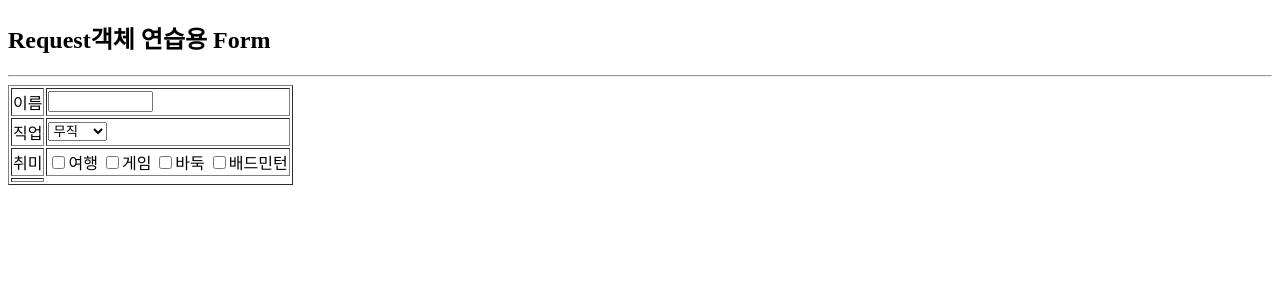
Repository: p2terkim/servletWork
Page: http://localhost/servletTest/basic/02/requestTest01.jsp
These files come from the project's save history. The page is drawn as it stood at one moment and after the next save; the edit follows.
The browser window is 1280 px wide. The pictures show the whole page.
The page is served by Tomcat 9.

Above is the page before, as saved 2021-05-14 06:36:33.

After the next save:
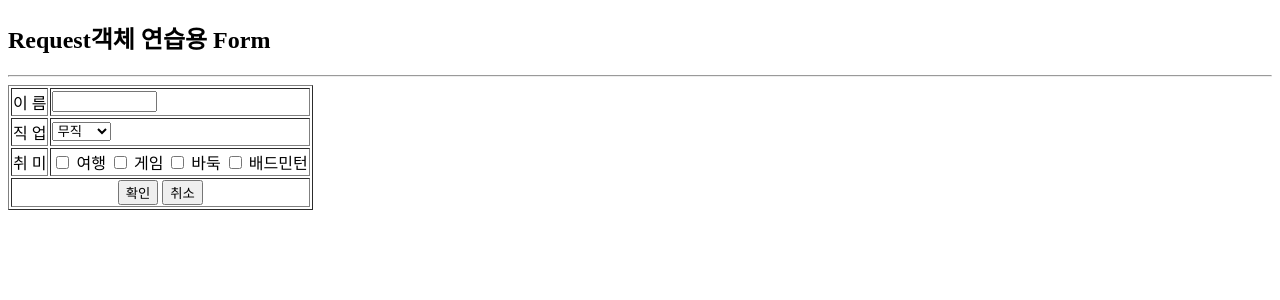
Saved 1 s later.
--- a/servletTest/WebContent/basic/02/requestTest01.jsp
+++ b/servletTest/WebContent/basic/02/requestTest01.jsp
@@ -4,46 +4,50 @@
 <html>
 <head>
 <meta charset="UTF-8">
-<title>Request연습용 Form</title>
+<title>Insert title here</title>
 </head>
 <body>
-   <h2>Request객체 연습용 Form</h2>
-   <hr>
-   <form name="textForm" method="post" action="/servletTest/requestTest01">
-   <table border="1">
+<h2> Request객체 연습용 Form </h2>
+<hr>
+
+<form name = "textForm" method = "get" action = "/servletTest/requestTest01.do">
+   <table border = "1">
+
       <tr>
-         <td>이름</td>
-         <td><input type="text" size="10" name="username"></td>
-
+         <td> 이  름  </td>
+         <td> <input type = "text" size = "10" name = "username"> </td>
       </tr>
 
       <tr>
-         <td>직업</td>
+         <td> 직  업 </td>
          <td>
-            <select name="job">
-               <option value="무직">무직</option>
-               <option value="회사원">회사원</option>
-               <option value="전문직">전문직</option>
-               <option value="학생">학생</option>
+            <select name = "job">
+               <option value = "무직"> 무직 </option>
+               <option value = "회사원"> 회사원 </option>
+               <option value = "전문직"> 전문직 </option>
+               <option value = "학생"> 학생 </option>
             </select>
          </td>
       </tr>
 
       <tr>
-         <td>취미</td>
+         <td> 취  미 </td>
          <td>
-            <input type="checkbox" name="hobby" value="여행">여행
-            <input type="checkbox" name="hobby" value="게임">게임
-            <input type="checkbox" name="hobby" value="바둑">바둑
-            <input type="checkbox" name="hobby" value="배드민턴">배드민턴
+            <input type = "checkbox" name = "hobby" value = "여행"> 여행
+            <input type = "checkbox" name = "hobby" value = "게임"> 게임
+            <input type = "checkbox" name = "hobby" value = "바둑"> 바둑
+            <input type = "checkbox" name = "hobby" value = "배드민턴"> 배드민턴
          </td>
       </tr>
+
       <tr>
-      	<td>
-      	</td>
+         <td colspan = "2" style = "text-align:center;">
+            <input type = "submit" value = "확인"> <input type = "reset" value = "취소">
+         </td>
       </tr>
 
    </table>
-   </form>
+</form>
+
 </body>
 </html>
